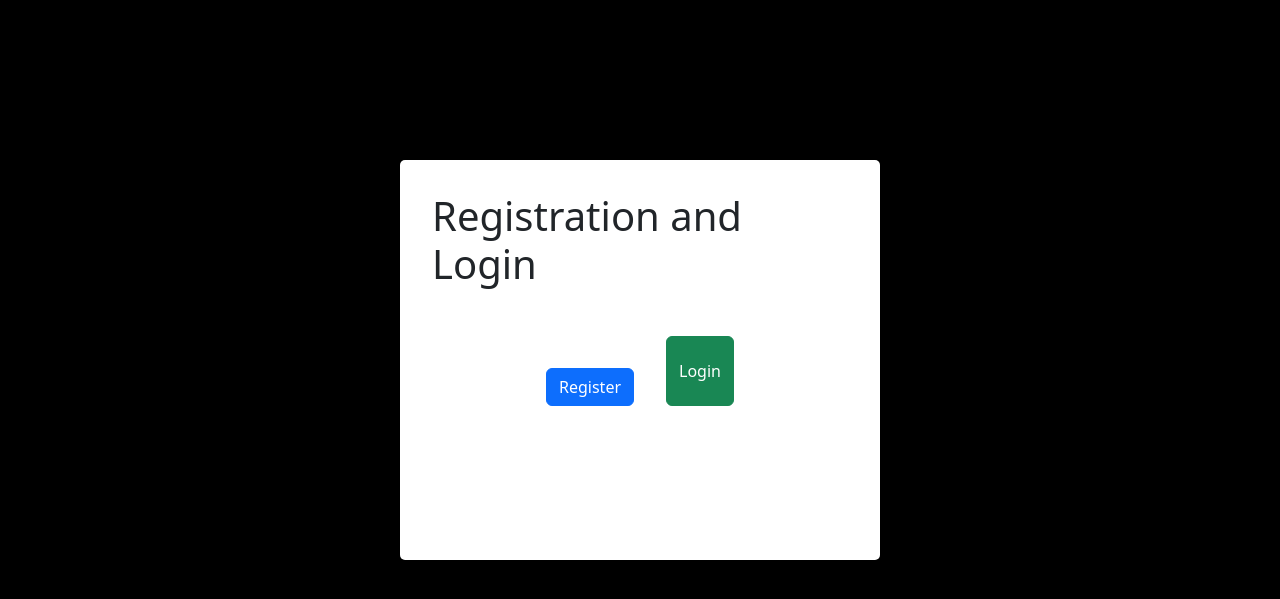
Repository: tran-thien-nhan/quiz_tlln
Page: sign_in_log_in.html
These files come from the project's save history. The page is drawn as it stood at one moment and after the next save; the edit follows.
The browser window is 1280 px wide. The pictures show the whole page.

Above is the page before, as saved 2023-06-27 16:01:38.

### sign_in_log_in.html
<!DOCTYPE html>
<html lang="en">

<head>
  <meta charset="UTF-8">
  <meta name="viewport" content="width=device-width, initial-scale=1.0">
  <link rel="stylesheet" href="https://cdn.jsdelivr.net/npm/bootstrap@5.3.0/dist/css/bootstrap.min.css">
  <style>
    body {
      background-color: black;
      display: flex;
      justify-content: center;
      align-items: center;
      height: 100vh;
    }

    .container {
      background-color: #fff;
      padding: 2rem;
      width: 30rem;
      height: 25rem;
      border-radius: 5px;
    }

    .form-group {
      display: none;
    }

    #button-group {
      display: flex;
      justify-content: center;
      margin-top: 1rem;
    }
  </style>
  <title>Registration and Login</title>
</head>

<body>
  <div class="container">
    <h1>Registration and Login</h1>
    <div id="registration-form" class="form-group">
      <h2>Registration</h2>
      <form id="registerForm">
        <div class="mb-3">
          <label for="registerUsername" class="form-label">Username</label>
          <input type="text" class="form-control" id="registerUsername" required>
        </div>
        <div class="mb-3">
          <label for="registerPassword" class="form-label">Password</label>
          <input type="password" class="form-control" id="registerPassword" required>
        </div>
        <button id="regis-btn" type="submit" class="btn btn-primary">Register</button>
      </form>
    </div>

    <div id="login-form" class="form-group">
      <h2>Login</h2>
      <form id="loginForm">
        <div class="mb-3">
          <label for="loginUsername" class="form-label">Username</label>
          <input type="text" class="form-control" id="loginUsername" required>
        </div>
        <div class="mb-3">
          <label for="loginPassword" class="form-label">Password</label>
          <input type="password" class="form-control" id="loginPassword" required>
        </div>
        <button id="login-btn" type="submit" class="btn btn-primary">Login</button>
      </form>
    </div>

    <div id="button-group">
      <button id="registerBtn" class="btn btn-primary" style="margin-right: 2rem; margin-top: 4rem;">Register</button>
      <button id="loginBtn" class="btn btn-success" style="margin-top: 2rem;">Login</button>
    </div>
  </div>

  <script>
    // Function to set a cookie
    function setCookie(name, value, days) {
      var expires = "";
      if (days) {
        var date = new Date();
        date.setTime(date.getTime() + (days * 24 * 60 * 60 * 1000));
        expires = "; expires=" + date.toUTCString();
      }
      document.cookie = name + "=" + (value || "") + expires + "; path=/";
    }

    // Function to get a cookie value
    function getCookie(name) {
      var nameEQ = name + "=";
      var ca = document.cookie.split(';');
      for (var i = 0; i < ca.length; i++) {
        var c = ca[i];
        while (c.charAt(0) == ' ') {
          c = c.substring(1, c.length);
        }
        if (c.indexOf(nameEQ) == 0) {
          return c.substring(nameEQ.length, c.length);
        }
      }
      return null;
    }

    // Function to delete a cookie
    function deleteCookie(name) {
      document.cookie = name + '=; expires=Thu, 01 Jan 1970 00:00:01 GMT; path=/;';
    }

    // Show registration form and hide login form
    function showRegistrationForm() {
      document.getElementById("registration-form").style.display = "block";
      document.getElementById("login-form").style.display = "none";
      document.getElementById("regis-btn").style.display = "none";
    }

    // Show login form and hide registration form
    function showLoginForm() {
      document.getElementById("registration-form").style.display = "none";
      document.getElementById("login-form").style.display = "block";
      document.getElementById("login-btn").style.display = "none";
    }

    // Registration form submission handler
    document.getElementById("registerForm").addEventListener("submit", function (event) {
      event.preventDefault();
      var username = document.getElementById("registerUsername").value;
      var password = document.getElementById("registerPassword").value;
      setCookie("username", username, 7);
      setCookie("password", password, 7);
      alert("Registration successful!");
    });

    // Login form submission handler
    document.getElementById("loginForm").addEventListener("submit", function (event) {
      event.preventDefault();
      var username = document.getElementById("loginUsername").value;
      var password = document.getElementById("loginPassword").value;
      var storedUsername = getCookie("username");
      var storedPassword = getCookie("password");
      if (username === storedUsername && password === storedPassword) {
        alert("Login successful!");
        window.location.href = "index.html"; // Chuyển hướng sang trang index.html
      } else {
        alert("Invalid username or password.");
      }
    });

    // Button click event handlers
    document.getElementById("registerBtn").addEventListener("click", showRegistrationForm);
    document.getElementById("loginBtn").addEventListener("click", showLoginForm);
  </script>
</body>

</html>

After the next save:
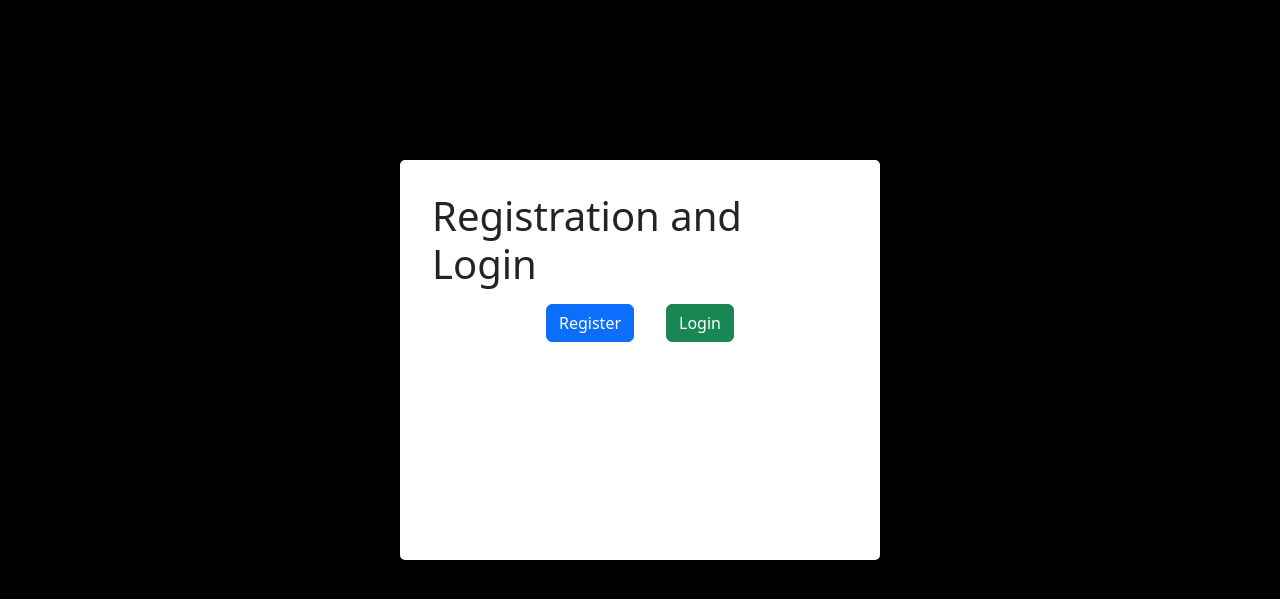
Saved 13 s later.
--- a/sign_in_log_in.html
+++ b/sign_in_log_in.html
@@ -69,8 +69,8 @@
     </div>
 
     <div id="button-group">
-      <button id="registerBtn" class="btn btn-primary" style="margin-right: 2rem; margin-top: 4rem;">Register</button>
-      <button id="loginBtn" class="btn btn-success" style="margin-top: 2rem;">Login</button>
+      <button id="registerBtn" class="btn btn-primary" style="margin-right: 2rem;">Register</button>
+      <button id="loginBtn" class="btn btn-success">Login</button>
     </div>
   </div>
 
